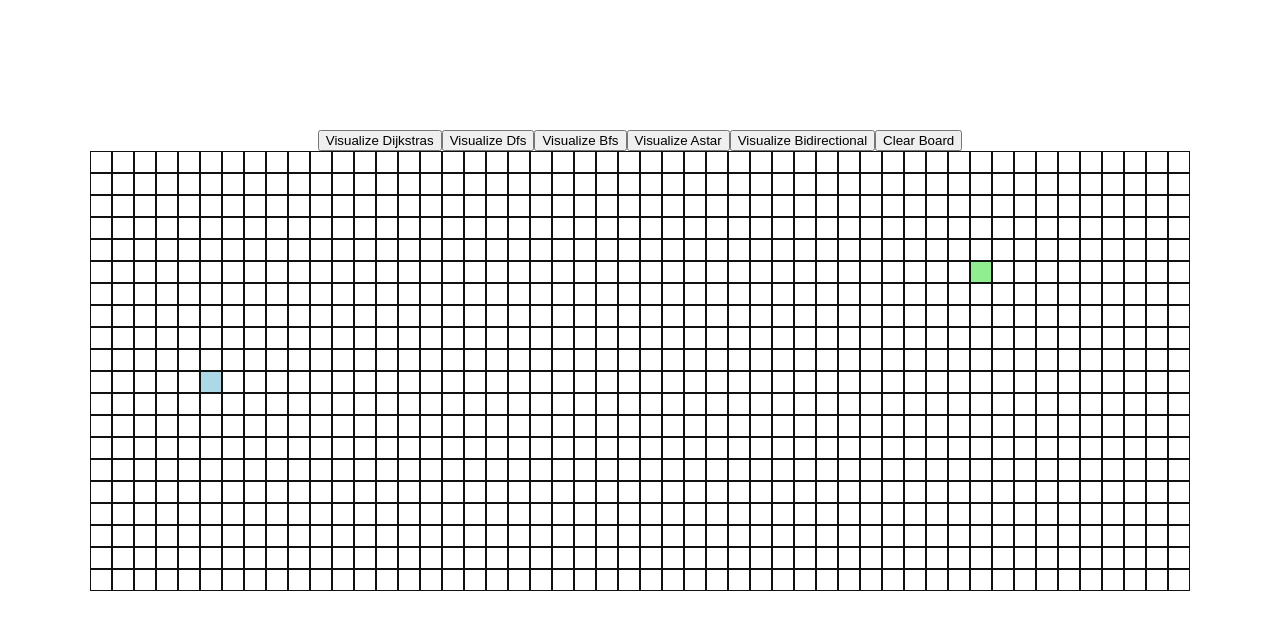
Repository: rehans-Life/Pathfinding-Visualizer
Page: /
An editor plug-in stored every save of this project. The page is shown before and after the next save, followed by the edit.
The browser window is 1280 px wide. The pictures show the whole page.
The project was rebuilt for these pictures with package versions that can differ from the ones it lists, and the page was loaded fresh each time. The framework's server and built-in components were replaced by stand-ins that run in the browser. Also part of the build but not shown: next.config.js.

Above is the page before, as saved 2023-03-10 10:10:38.

### pages/index.js
import Head from "next/head";
import styles from "../styles/Home.module.css";
import Node from "../components/Node";
import { visualizeDijistras } from "../algorithms/dijkstras";
import { useState } from "react";
import { visualizeDfs } from "../algorithms/dfs";
import { visualizeBfs } from "../algorithms/bfs";
import { visualizeAstar } from "../algorithms/aStar";
import { visualizeBidirectional } from "../algorithms/bidirectional";

export const START_ROW = 5;
export const START_COL = 40;
export const END_ROW = 10;
export const END_COL = 5;

function getInitialGrid() {
  let grid = [];
  for (let i = 0; i < 20; i++) {
    let row = [];
    for (let j = 0; j < 50; j++) {
      const node = {
        row: i,
        col: j,
        isStart: i === START_ROW && j === START_COL,
        isEnd: i === END_ROW && j === END_COL,
        distance: Infinity,
        parent: null,
        isVisited: false,
        isInPath: false,
        isWall: false,
        huristic: Infinity,
        totalDistance: 0,
      };
      row.push(node);
    }
    grid.push(row);
  }
  return grid;
}

const canBecomeWall = (row, col) => {
  return row != END_ROW || col != END_COL;
};

export default function Home() {
  const [grid, setGrid] = useState(getInitialGrid());
  const [mouseDown, setMouseDown] = useState(false);

  const handleMouseDown = (row, col) => {
    if (!canBecomeWall(row, col)) return;
    setMouseDown(true);
    setCellAsWall(row, col);
  };

  const handleMouseEnter = (row, col) => {
    if (!canBecomeWall(row, col)) return;
    if (mouseDown) {
      setCellAsWall(row, col);
    }
  };

  const handleMouseUp = () => {
    setMouseDown(false);
  };

  const setCellAsWall = (row, col) => {
    let newGrid = grid.slice();
    newGrid[row][col].isWall = !newGrid[row][col].isWall;
    setGrid(newGrid);
  };

  return (
    <div className={styles.container}>
      <Head>
        <title>Pathfinding Visualizer</title>
        <meta name="description" content="Generated by create next app" />
        <link rel="icon" href="/favicon.ico" />
      </Head>
      <div className={styles.buttons}>
        <button onClick={() => visualizeDijistras(grid, setGrid)}>
          Visualize Dijkstras
        </button>
        <button onClick={() => visualizeDfs(grid, setGrid)}>
          Visualize Dfs
        </button>
        <button onClick={() => visualizeBfs(grid, setGrid)}>
          Visualize Bfs
        </button>
        <button onClick={() => visualizeAstar(grid, setGrid)}>
          Visualize Astar
        </button>
        <button onClick={() => visualizeBidirectional(grid, setGrid)}>
          Visualize Bidirectional
        </button>
        <button onClick={() => setGrid(getInitialGrid())}>Clear Board</button>
      </div>
      {grid.map((row, index) => (
        <div key={index} className={styles.row}>
          {row.map((node, index) => (
            <Node
              key={index}
              row={node.row}
              col={node.col}
              isStart={node.isStart}
              isEnd={node.isEnd}
              distance={node.distance}
              isVisited={node.isVisited}
              isInPath={node.isInPath}
              isWall={node.isWall}
              handleMouseDown={handleMouseDown}
              handleMouseUp={handleMouseUp}
              handleMouseEnter={handleMouseEnter}
            ></Node>
          ))}
        </div>
      ))}
    </div>
  );
}

### styles/Home.module.css
.container {
  display: flex;
  flex-direction: column;
  justify-content: center;
  align-items: center;
  width: 100vw;
  height: 100vh;
}
.node {
  padding: 10px;
  border: 1px solid #111;
  width: 10px;
}

.row {
  display: flex;
}
.button {
  display: flex;
  align-items: center;
}

.startNode {
  padding: 10px;
  border: 1px solid #111;
  width: 10px;
  background-color: lightgreen;
}
.visited {
  background-color: yellowgreen;
  padding: 10px;
  border: 1px solid #111;
  width: 10px;
}

.wall {
  background-color: darkcyan;
  padding: 10px;
  border: 1px solid #111;
  width: 10px;
}

.inPath {
  background-color: burlywood;
  padding: 10px;
  border: 1px solid #111;
  width: 10px;
}

.endNode {
  padding: 10px;
  border: 1px solid #111;
  width: 10px;
  background-color: lightblue;
}

### components/Node.js
import React from "react";
import styles from "../styles/Home.module.css";

export default function Node({
  row,
  col,
  isStart,
  isEnd,
  isWall,
  isInPath,
  isVisited,
  handleMouseDown,
  handleMouseUp,
  handleMouseEnter,
}) {
  return (
    <div
      onMouseDown={() => handleMouseDown(row, col)}
      onMouseUp={handleMouseUp}
      onMouseEnter={() => handleMouseEnter(row, col)}
      className={
        isStart
          ? styles.startNode
          : isEnd
          ? styles.endNode
          : isWall
          ? styles.wall
          : isInPath
          ? styles.inPath
          : isVisited
          ? styles.visited
          : styles.node
      }
    >
      {" "}
    </div>
  );
}

### algorithms/dijkstras.js
import { END_COL, END_ROW, START_COL, START_ROW } from "../pages";

class PriorityQueue {
  constructor() {
    this.heap = [];
  }

  isEmpty() {
    return this.heap.length == 0;
  }

  insert(node) {
    this.heap.push(node);
    let i = this.heap.length - 1;
    this.siftup(i);
  }

  delete() {
    let temp = this.heap[0];
    this.heap[0] = this.heap[this.heap.length - 1];
    this.heap.pop();
    this.shiftdown(0);
    return temp;
  }

  siftup(i) {
    let parent = Math.floor((i - 1) / 2);
    while (parent >= 0 && this.heap[parent].distance > this.heap[i].distance) {
      let temp = this.heap[parent];
      this.heap[parent] = this.heap[i];
      this.heap[i] = temp;
      i = parent;
      parent = Math.floor((i - 1) / 2);
    }
  }
  shiftdown(i) {
    let leftChild = i * 2 + 1;
    let rightChild = i * 2 + 2;
    let n = this.heap.length;

    while (
      (leftChild < n &&
        this.heap[leftChild].distance < this.heap[i].distance) ||
      (rightChild < n && this.heap[rightChild].distance < this.heap[i].distance)
    ) {
      let smaller =
        rightChild >= n ||
        this.heap[leftChild].distance <= this.heap[rightChild].distance
          ? leftChild
          : rightChild;

      let temp = this.heap[i];
      this.heap[i] = this.heap[smaller];
      this.heap[smaller] = temp;

      i = smaller;
      leftChild = i * 2 + 1;
      rightChild = i * 2 + 2;
    }
  }
}

function isValid(row, col) {
  return row < 20 && row >= 0 && col < 50 && col >= 0;
}

export function dijkstras(grid, src, target) {
  let priorityQueue = new PriorityQueue();
  let delRow = [-1, +1, 0, 0];
  let delCol = [0, 0, -1, +1];

  let visitedNodes = [];

  priorityQueue.insert(src);
  src.distance = 0;
  visitedNodes.push(src);

  while (!priorityQueue.isEmpty()) {
    let node = priorityQueue.delete();

    for (let i = 0; i < 4; i++) {
      let adjRow = node.row + delRow[i];
      let adjCol = node.col + delCol[i];
      let newDistance = node.distance + 1;

      if (isValid(adjRow, adjCol)) {
        let adjNode = grid[adjRow][adjCol];
        if (!adjNode.isWall && newDistance < adjNode.distance) {
          adjNode.distance = newDistance;
          adjNode.parent = node;
          if (adjNode.row === target.row && adjNode.col === target.col) {
            return visitedNodes;
          }
          visitedNodes.push(adjNode);
          priorityQueue.insert(adjNode);
        }
      }
    }
  }
  return visitedNodes;
}

const animteDijkstras = (visitedNodes, path, grid, setGrid) => {
  for (let i = 0; i < visitedNodes?.length; i++) {
    if (i === visitedNodes.length - 1) {
      setTimeout(() => {
        animatePath(path, grid, setGrid);
      }, 10 * i);
    }
    setTimeout(() => {
      let newGrid = grid.slice();

      let node = visitedNodes[i];
      let newNode = {
        ...node,
        isVisited: true,
      };

      newGrid[node.row][node.col] = newNode;
      setGrid(newGrid);
    }, 10 * i);
  }
};

const animatePath = (path, grid, setGrid) => {
  for (let i = 0; i < path?.length; i++) {
    setTimeout(() => {
      let newGrid = grid.slice();

      let node = path[i];
      let newNode = {
        ...node,
        isInPath: true,
      };

      newGrid[node.row][node.col] = newNode;
      setGrid(newGrid);
    }, 50 * i);
  }
};

export const visualizeDijistras = (grid, setGrid) => {
  let startNode = grid[START_ROW][START_COL];
  let endNode = grid[END_ROW][END_COL];
  let visitedNodes = dijkstras(grid, startNode, endNode);
  let node = grid[END_ROW][END_COL];
  let path = [];
  while (node) {
    path.push(node);
    node = node.parent;
  }
  path.reverse();
  animteDijkstras(visitedNodes, path, grid, setGrid);
};

### algorithms/dfs.js
import { END_COL, END_ROW, START_COL, START_ROW } from "../pages";

export function visualizeDfs(grid, setGrid) {
  let startNode = grid[START_ROW][START_COL];
  let endNode = grid[END_ROW][END_COL];
  let visitedNodes = dfs(grid, startNode, endNode);
  let path = [];
  let node = endNode;
  while (node) {
    path.push(node);
    node = node.parent;
  }
  path.reverse();
  animateDfs(visitedNodes, path, grid, setGrid);
}

function animateDfs(visitedNodes, path, grid, setGrid) {
  for (let i = 0; i < visitedNodes.length; i++) {
    setTimeout(() => {
      if (i === visitedNodes.length - 1) {
        animatePath(path, grid, setGrid);
      }
      let newGrid = grid.slice();

      let node = visitedNodes[i];
      let newNode = {
        ...node,
        isVisited: true,
      };

      newGrid[node.row][node.col] = newNode;
      setGrid(newGrid);
    }, 10 * i);
  }
}

function animatePath(path, grid, setGrid) {
  for (let i = 0; i < path.length; i++) {
    setTimeout(() => {
      let newGrid = grid.slice();

      let node = path[i];
      let newNode = {
        ...node,
        isInPath: true,
      };

      newGrid[node.row][node.col] = newNode;
      setGrid(newGrid);
    }, 10 * i);
  }
}

function isValid(row, col) {
  return row < 20 && row >= 0 && col < 50 && col >= 0;
}

function dfs(grid, src, target) {
  let visitedNodes = [];
  let delRow = [-1, 0, 0, +1];
  let delCol = [0, +1, -1, 0];

  function helper(node, parent) {
    node.distance = 1;
    node.parent = parent;
    visitedNodes.push(node);

    if (node.row === target.row && node.col === target.col) {
      return true;
    }

    for (let i = 0; i < 4; i++) {
      let adjRow = node.row + delRow[i];
      let adjCol = node.col + delCol[i];

      if (isValid(adjRow, adjCol)) {
        let adjNode = grid[adjRow][adjCol];
        if (!adjNode.isWall && adjNode.distance === Infinity) {
          if (helper(adjNode, node)) {
            return true;
          }
        }
      }
    }
  }

  helper(src, null);
  return visitedNodes;
}

### algorithms/bfs.js
import { END_COL, END_ROW, START_COL, START_ROW } from "../pages";

function isValid(row, col) {
  return row < 20 && row >= 0 && col < 50 && col >= 0;
}

export function bfs(grid, src, target) {
  let queue = [];
  let delRow = [-1, +1, 0, 0];
  let delCol = [0, 0, -1, +1];

  let visitedNodes = [];

  queue.push(src);
  src.distance = 0;
  visitedNodes.push(src);

  while (queue.length) {
    let node = queue.shift();

    for (let i = 0; i < 4; i++) {
      let adjRow = node.row + delRow[i];
      let adjCol = node.col + delCol[i];
      let newDistance = node.distance + 1;

      if (isValid(adjRow, adjCol)) {
        let adjNode = grid[adjRow][adjCol];
        if (!adjNode.isWall && newDistance < adjNode.distance) {
          adjNode.distance = newDistance;
          adjNode.parent = node;
          if (adjNode.row === target.row && adjNode.col === target.col) {
            return visitedNodes;
          }
          visitedNodes.push(adjNode);
          queue.push(adjNode);
        }
      }
    }
  }
  return visitedNodes;
}

const animateBfs = (visitedNodes, path, grid, setGrid) => {
  for (let i = 0; i < visitedNodes?.length; i++) {
    if (i === visitedNodes.length - 1) {
      setTimeout(() => {
        animatePath(path, grid, setGrid);
      }, 10 * i);
    }
    setTimeout(() => {
      let newGrid = grid.slice();

      let node = visitedNodes[i];
      let newNode = {
        ...node,
        isVisited: true,
      };

      newGrid[node.row][node.col] = newNode;
      setGrid(newGrid);
    }, 10 * i);
  }
};

const animatePath = (path, grid, setGrid) => {
  for (let i = 0; i < path?.length; i++) {
    setTimeout(() => {
      let newGrid = grid.slice();

      let node = path[i];
      let newNode = {
        ...node,
        isInPath: true,
      };

      newGrid[node.row][node.col] = newNode;
      setGrid(newGrid);
    }, 50 * i);
  }
};

export const visualizeBfs = (grid, setGrid) => {
  let startNode = grid[START_ROW][START_COL];
  let endNode = grid[END_ROW][END_COL];
  let visitedNodes = bfs(grid, startNode, endNode);
  let node = grid[END_ROW][END_COL];
  let path = [];
  while (node) {
    path.push(node);
    node = node.parent;
  }
  path.reverse();
  animateBfs(visitedNodes, path, grid, setGrid);
};

### algorithms/aStar.js
import { END_COL, END_ROW, START_COL, START_ROW } from "../pages";

function isValid(row, col) {
  return row < 20 && row >= 0 && col < 50 && col >= 0;
}

class PriorityQueue {
  constructor() {
    this.heap = [];
  }

  isEmpty() {
    return this.heap.length == 0;
  }

  insert(node) {
    this.heap.push(node);
    let i = this.heap.length - 1;
    this.siftup(i);
  }

  delete() {
    let temp = this.heap[0];
    this.heap[0] = this.heap[this.heap.length - 1];
    this.heap.pop();
    this.shiftdown(0);
    return temp;
  }

  siftup(i) {
    let parent = Math.floor((i - 1) / 2);
    while (
      parent >= 0 &&
      this.heap[parent].totalDistance > this.heap[i].totalDistance
    ) {
      let temp = this.heap[parent];
      this.heap[parent] = this.heap[i];
      this.heap[i] = temp;
      i = parent;
      parent = Math.floor((i - 1) / 2);
    }
  }
  shiftdown(i) {
    let leftChild = i * 2 + 1;
    let rightChild = i * 2 + 2;
    let n = this.heap.length;

    while (
      (leftChild < n &&
        this.heap[leftChild].totalDistance < this.heap[i].totalDistance) ||
      (rightChild < n &&
        this.heap[rightChild].totalDistance < this.heap[i].totalDistance)
    ) {
      let smaller =
        rightChild >= n ||
        this.heap[leftChild].totalDistance <=
          this.heap[rightChild].totalDistance
          ? leftChild
          : rightChild;

      let temp = this.heap[i];
      this.heap[i] = this.heap[smaller];
      this.heap[smaller] = temp;

      i = smaller;
      leftChild = i * 2 + 1;
      rightChild = i * 2 + 2;
    }
  }
}

class PriorityQueueII {
  constructor() {
    this.heap = [];
  }

  isEmpty() {
    return this.heap.length == 0;
  }

  insert(node) {
    this.heap.push(node);
    let i = this.heap.length - 1;
    this.siftup(i);
  }

  delete() {
    let temp = this.heap[0];
    this.heap[0] = this.heap[this.heap.length - 1];
    this.heap.pop();
    this.shiftdown(0);
    return temp;
  }

  siftup(i) {
    let parent = Math.floor((i - 1) / 2);
    while (parent >= 0 && this.heap[parent].huristic > this.heap[i].huristic) {
      let temp = this.heap[parent];
      this.heap[parent] = this.heap[i];
      this.heap[i] = temp;
      i = parent;
      parent = Math.floor((i - 1) / 2);
    }
  }
  shiftdown(i) {
    let leftChild = i * 2 + 1;
    let rightChild = i * 2 + 2;
    let n = this.heap.length;

    while (
      (leftChild < n &&
        this.heap[leftChild].huristic < this.heap[i].huristic) ||
      (rightChild < n && this.heap[rightChild].huristic < this.heap[i].huristic)
    ) {
      let smaller =
        rightChild >= n ||
        this.heap[leftChild].huristic <= this.heap[rightChild].huristic
          ? leftChild
          : rightChild;

      let temp = this.heap[i];
      this.heap[i] = this.heap[smaller];
      this.heap[smaller] = temp;

      i = smaller;
      leftChild = i * 2 + 1;
      rightChild = i * 2 + 2;
    }
  }
}

function dijkstras(grid, src) {
  const priorityQueueII = new PriorityQueue();
  let delRow = [-1, 0, 0, +1];
  let delCol = [0, +1, -1, 0];

  priorityQueueII.insert(src);
  src.huristic = 0;

  while (!priorityQueueII.isEmpty()) {
    let node = priorityQueueII.delete();

    for (let i = 0; i < 4; i++) {
      let adjRow = node.row + delRow[i];
      let adjCol = node.col + delCol[i];
      let newHuristic = node.huristic + 1;

      if (isValid(adjRow, adjCol)) {
        let adjNode = grid[adjRow][adjCol];
        if (!adjNode.isWall && newHuristic < adjNode.huristic) {
          adjNode.huristic = newHuristic;
          priorityQueueII.insert(adjNode);
        }
      }
    }
  }
}

function aStar(grid, src, target) {
  dijkstras(grid, target);
  const priorityQueue = new PriorityQueue();
  let delRow = [-1, 0, 0, +1];
  let delCol = [0, +1, -1, 0];
  let visitedNodes = [];
  priorityQueue.insert(src);
  src.distance = 0;
  visitedNodes.push(src);
  src.totalDistance = src.distance + src.huristic;

  while (!priorityQueue.isEmpty()) {
    let node = priorityQueue.delete();

    for (let i = 0; i < 4; i++) {
      let adjRow = node.row + delRow[i];
      let adjCol = node.col + delCol[i];
      let newDistance = node.distance + 1;

      if (isValid(adjRow, adjCol)) {
        let adjNode = grid[adjRow][adjCol];
        if (!adjNode.isWall && newDistance < adjNode.distance) {
          adjNode.distance = newDistance;
          adjNode.totalDistance = adjNode.distance + adjNode.huristic;
          adjNode.parent = node;
          if (adjNode.row === target.row && adjNode.col === target.col) {
            return visitedNodes;
          }
          visitedNodes.push(adjNode);
          priorityQueue.insert(adjNode);
        }
      }
    }
  }
  return visitedNodes;
}

const animateAstar = (visitedNodes, path, grid, setGrid) => {
  for (let i = 0; i < visitedNodes?.length; i++) {
    if (i === visitedNodes.length - 1) {
      setTimeout(() => {
        animatePath(path, grid, setGrid);
      }, 10 * i);
    }
    setTimeout(() => {
      let newGrid = grid.slice();

      let node = visitedNodes[i];
      let newNode = {
        ...node,
        isVisited: true,
      };

      newGrid[node.row][node.col] = newNode;
      setGrid(newGrid);
    }, 10 * i);
  }
};

const animatePath = (path, grid, setGrid) => {
  for (let i = 0; i < path?.length; i++) {
    setTimeout(() => {
      let newGrid = grid.slice();

      let node = path[i];
      let newNode = {
        ...node,
        isInPath: true,
      };

      newGrid[node.row][node.col] = newNode;
      setGrid(newGrid);
    }, 50 * i);
  }
};

export const visualizeAstar = (grid, setGrid) => {
  let startNode = grid[START_ROW][START_COL];
  let endNode = grid[END_ROW][END_COL];
  let visitedNodes = aStar(grid, startNode, endNode);
  let node = grid[END_ROW][END_COL];
  let path = [];
  while (node) {
    path.push(node);
    node = node.parent;
  }
  path.reverse();
  animateAstar(visitedNodes, path, grid, setGrid);
};

### algorithms/bidirectional.js
import { END_COL, END_ROW, START_COL, START_ROW } from "../pages";

function isValid(row, col) {
  return row < 20 && row >= 0 && col < 50 && col >= 0;
}

function bidirectional(grid, src, target) {
  let forwardQueue = [];
  let backwardQueue = [];

  let forwardVisitedNodes = [];
  let backwardVisitedNodes = [];

  src.distance = 0;
  forwardQueue.push(src);
  forwardVisitedNodes.push(src);

  target.distance = 0;
  backwardQueue.push(target);
  backwardVisitedNodes.push(target);

  while (forwardQueue.length && backwardQueue.length) {
    let forwardintersectingNodes = bfs(
      grid,
      forwardQueue,
      forwardVisitedNodes,
      backwardVisitedNodes
    );
    if (forwardintersectingNodes) {
      return [
        answer(forwardVisitedNodes, backwardVisitedNodes),
        genertatePath(forwardintersectingNodes),
      ];
    }
    let backwardIntersectingNodes = bfs(
      grid,
      backwardQueue,
      backwardVisitedNodes,
      forwardVisitedNodes
    );
    if (backwardIntersectingNodes) {
      return [
        answer(forwardVisitedNodes, backwardVisitedNodes),
        genertatePath(backwardIntersectingNodes),
      ];
    }
  }
  return answer(forwardVisitedNodes, backwardVisitedNodes);
}

function answer(forwardVisitedNodes, backwardVisitedNodes) {
  let visitedNodes = [];
  let n = forwardVisitedNodes.length;
  let m = backwardVisitedNodes.length;

  let greater = n > m ? n : m;

  for (let i = 0; i < greater; i++) {
    if (i < n) visitedNodes.push(forwardVisitedNodes[i]);
    if (i < m) visitedNodes.push(backwardVisitedNodes[i]);
  }
  return visitedNodes;
}

function genertatePath(intersectingingNodes) {
  let forwardPath = [];
  let forwardNode = intersectingingNodes[0];
  while (forwardNode) {
    forwardPath.push(forwardNode);
    forwardNode = forwardNode.parent;
  }
  forwardPath.reverse();
  let backwardPath = [];
  let backwardNode = intersectingingNodes[1];
  while (backwardNode) {
    backwardPath.push(backwardNode);
    backwardNode = backwardNode.parent;
  }
  let path = [...forwardPath, ...backwardPath];
  return path;
}

function bfs(grid, queue, directionVisitedNodes, visitedNodes) {
  let node = queue.shift();
  let delRow = [-1, +1, 0, 0];
  let delCol = [0, 0, -1, +1];

  for (let i = 0; i < 4; i++) {
    let adjRow = node.row + delRow[i];
    let adjCol = node.col + delCol[i];
    let newDistance = node.distance + 1;

    if (isValid(adjRow, adjCol)) {
      let adjNode = grid[adjRow][adjCol];

      if (visitedNodes.includes(adjNode)) {
        return [adjNode, node];
      }

      if (!adjNode.isWall && newDistance < adjNode.distance) {
        adjNode.distance = newDistance;
        adjNode.parent = node;
        directionVisitedNodes.push(adjNode);
        queue.push(adjNode);
      }
    }
  }
}

const animateBidirectional = (visitedNodes, path, grid, setGrid) => {
  for (let i = 0; i < visitedNodes?.length; i++) {
    if (i === visitedNodes.length - 1) {
      setTimeout(() => {
        animatePath(path, grid, setGrid);
      }, 10 * i);
    }
    setTimeout(() => {
      let newGrid = grid.slice();

      let node = visitedNodes[i];
      let newNode = {
        ...node,
        isVisited: true,
      };

      newGrid[node.row][node.col] = newNode;
      setGrid(newGrid);
    }, 10 * i);
  }
};

const animatePath = (path, grid, setGrid) => {
  for (let i = 0; i < path?.length; i++) {
    setTimeout(() => {
      let newGrid = grid.slice();

      let node = path[i];
      let newNode = {
        ...node,
        isInPath: true,
      };

      newGrid[node.row][node.col] = newNode;
      setGrid(newGrid);
    }, 50 * i);
  }
};

export const visualizeBidirectional = (grid, setGrid) => {
  let startNode = grid[START_ROW][START_COL];
  let endNode = grid[END_ROW][END_COL];
  let [visitedNodes, path] = bidirectional(grid, startNode, endNode);
  animateBidirectional(visitedNodes, path, grid, setGrid);
};

Loaded but not shown: pages/_app.js (common file); styles/globals.css (common file)

After the next save:
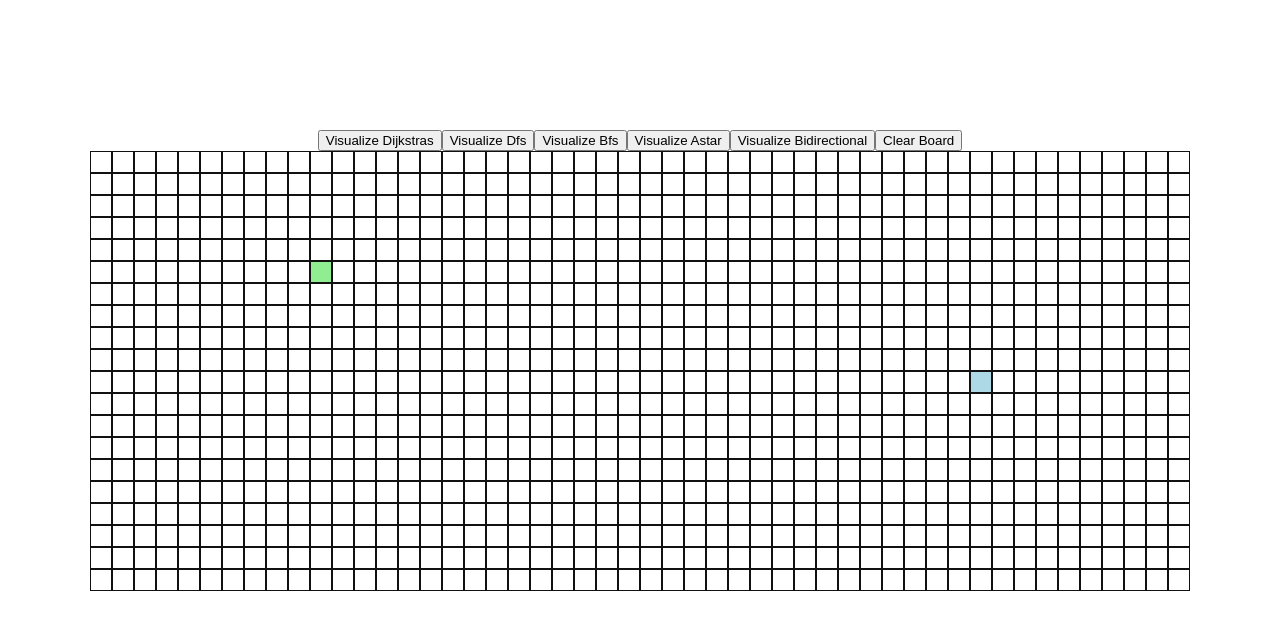
Saved 6 s later.
--- a/pages/index.js
+++ b/pages/index.js
@@ -9,9 +9,9 @@ import { visualizeAstar } from "../algorithms/aStar";
 import { visualizeBidirectional } from "../algorithms/bidirectional";
 
 export const START_ROW = 5;
-export const START_COL = 40;
+export const START_COL = 10;
 export const END_ROW = 10;
-export const END_COL = 5;
+export const END_COL = 40;
 
 function getInitialGrid() {
   let grid = [];
